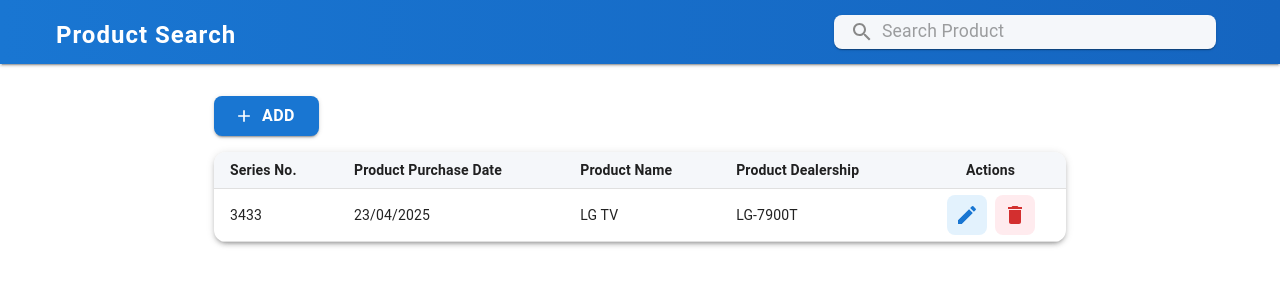
Repository: Sharathguru/Product_Task
Page: / (app in Frontend/)
An editor plug-in stored every save of this project. The page is shown before and after a run of saves, followed by the edit.
The browser window is 1280 px wide. The pictures show the whole page.
The project was rebuilt for these pictures with package versions that can differ from the ones it lists, and the page was loaded fresh each time. Requests to the local data server were answered from the project's data file. Also part of the build but not shown: Frontend/vite.config.js, Frontend/src/index.css, Frontend/src/Pages/product.js, Frontend/src/Pages/Insert.jsx, Frontend/src/Pages/Update.jsx, Frontend/src/Pages/Delete.jsx.

Above is the page before, as saved 2025-06-13 16:35:18.

After the next 2 saves:
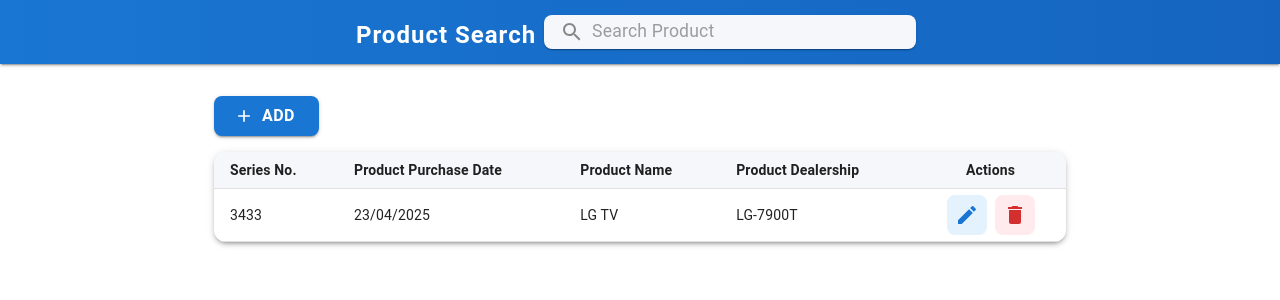
The 2 saves are shown as one change because they came seconds apart.
The last was saved 8 s later.
--- a/Frontend/src/Components/Navbar.jsx
+++ b/Frontend/src/Components/Navbar.jsx
@@ -21,7 +21,7 @@ const Navbar = ({ search, setSearch }) => {
         background: "linear-gradient(90deg, #1976d2 0%, #1565c0 100%)", // Custom blue gradient
       }}
     >
-      <Container  disableGutters>
+      <Container maxWidth="sm" disableGutters>
         <Toolbar
         //   sx={{
         //     display: "flex",
